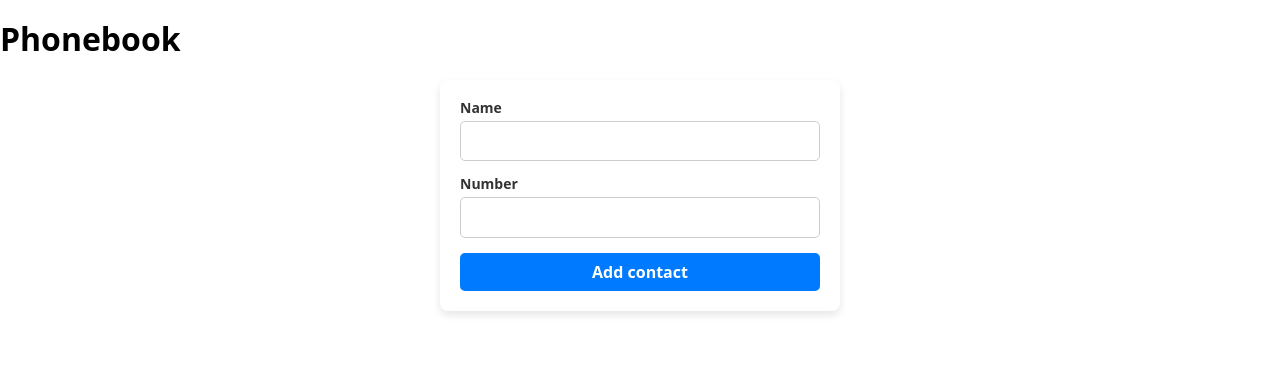
Repository: Evgeniya-Tishakova/goit-react-hw-03
Page: /
These files come from the project's save history. The page is drawn as it stood at one moment and after the next save; the edit follows.
The browser window is 1280 px wide. The pictures show the whole page.
The project was rebuilt for these pictures with package versions that can differ from the ones it lists, and the page was loaded fresh each time. Also part of the build but not shown: vite.config.js, src/index.css, src/components/App/App.module.css, src/components/ContactList/ContactList.module.css, src/components/ContactList/ContactList.jsx.

Above is the page before, as saved 2025-03-08 00:26:18.

After the next save:
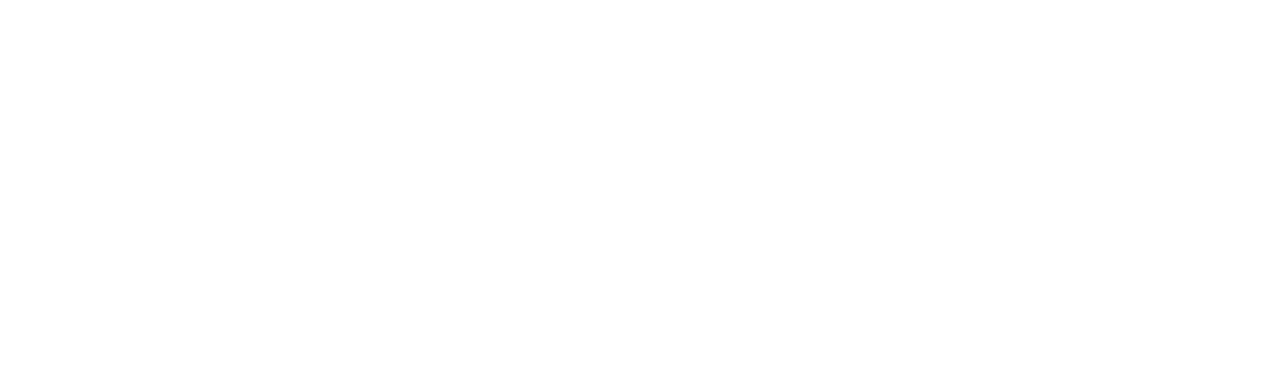
Console error (its wording comes from the project's code and is left out).
Saved 101 s later.
--- a/src/components/App/App.jsx
+++ b/src/components/App/App.jsx
@@ -30,6 +30,7 @@
       <div className={css.container}>
         <h1 className={css.title}>Phonebook</h1>
         <ContactForm onAdd={addUsers} />
+        {users}
       </div>
     </>
   );

After the save that followed:
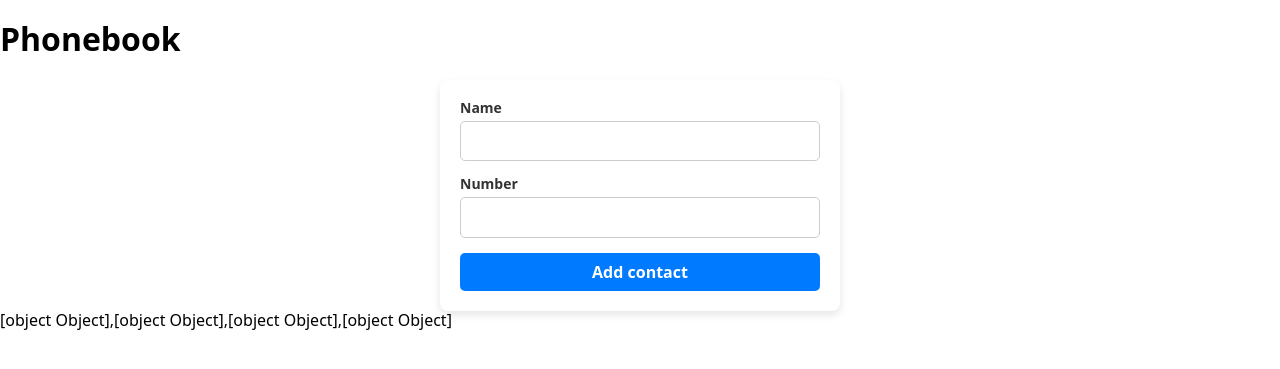
The error is gone.
Saved 16 s later.
--- a/src/components/App/App.jsx
+++ b/src/components/App/App.jsx
@@ -30,7 +30,7 @@
       <div className={css.container}>
         <h1 className={css.title}>Phonebook</h1>
         <ContactForm onAdd={addUsers} />
-        {users}
+        {users.toString()}
       </div>
     </>
   );
